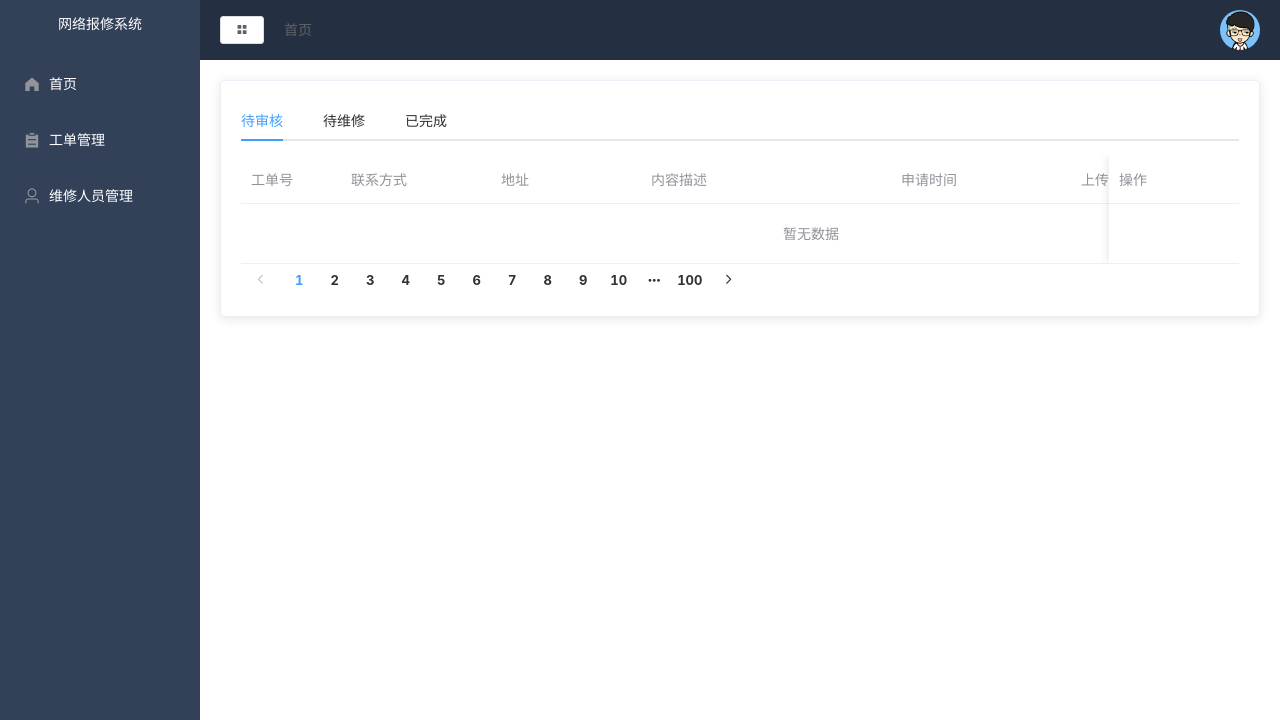
Repository: LtheW/vue
Page: /form
These files come from the project's save history. The page is drawn as it stood at one moment and after the next save; the edit follows.
The browser window is 1280 px wide. The pictures show the whole page.
The page's requests for data from a server got no answer. The project was rebuilt for these pictures with package versions that can differ from the ones it lists, and the page was loaded fresh each time. No one was signed in, and anything a server would have sent is missing. Also part of the build but not shown: vue.config.js, src/components/CommonTag.vue, src/views/Results/Submit.vue, src/views/Maintainer/Add.vue, src/assets/js/login.js, src/views/Login.vue, src/views/Results/Repaired.vue, src/views/Results/Completed.vue.

Above is the page before, as saved 2022-03-31 20:07:04.

### src/main.js
import Vue from 'vue'
import App from './App.vue'
import router from './router'
import store from './store'
//引入element ui
import ElementUI from 'element-ui';
import 'element-ui/lib/theme-chalk/index.css';
import '@/assets/scss/reset.scss' //全局样式
import Axios from 'axios';//后台交互
import Antd from 'ant-design-vue';
import 'ant-design-vue/dist/antd.css';
import 'font-awesome/scss/font-awesome.scss'
Vue.prototype.$http=Axios
//defaults 设置全局默认路径
Axios.defaults.baseURL="/"

Vue.use(ElementUI,Antd);
Vue.config.productionTip = false

new Vue({
  router,
  store,
  render: h => h(App)
}).$mount('#app')

### src/router/index.js
import Vue from 'vue'
import VueRouter from 'vue-router'
import Main from '../views/Main.vue'
import Submit from '../views/Results/Submit.vue'
import Maintainer_Add from '../views/Maintainer/Add.vue'
import Login from '../views/Login.vue'
import Repaired from '../views/Results/Repaired.vue'
import Completed from '../views/Results/Completed.vue'
Vue.use(VueRouter)

const routes = [
  {

    path: '/',
    name: 'Login',
    component: Login
  },
  {
    path: '/main',
    name: 'Main',
    component: Main,
    children: [{
        path: '/',
        name: 'repair',
        component: () => import('../views/Results/Repaired.vue'),
      },
      {
        path: '/form',
        name: 'form',
        component: () => import('@/views/Form/Form')
      },
      {
        path: '/maintainer',
        name: 'Maintainer',
        component: () => import('@/views/Maintainer/Maintainer')
      },
      {
        path: '/submit',
        name: 'submit',
        component: Submit,
      },
      {
        path: '/repaired',
        name: 'repaired',
        component: Repaired,
      },
      {
        path: '/completed',
        name: 'completed',
        component: Completed,
      },

      {
        path: '/maintainer_add',
        name: 'add',
        component: Maintainer_Add,
      },
    ]
  },


]

const router = new VueRouter({
  mode: 'history',
  base: process.env.BASE_URL,
  routes
})

export default router

### src/views/Main.vue
<template>
  <el-container style="height: 100%">
    <el-aside width="auto" height="100%" ><common-aside></common-aside></el-aside>
    <el-container>
      <el-header>
        <common-header></common-header>

      </el-header>
      <el-main><router-view /></el-main>
    </el-container>
  </el-container>
</template>

<script>
import CommonAside from "../components/CommonAside.vue";
import CommonHeader from "../components/CommonHeader.vue";
import CommonTag from "../components/CommonTag.vue";
export default {
  name: "Main",
  components: { CommonAside, CommonHeader, CommonTag },
};
</script>
, CommonTab
<style lang="scss" scoped>
.el-header {
  background: #242F42;
}
.el-main {
  padding-top: 20rpx;
}
</style>

### src/views/Form/Form.vue
<template>
  <el-card>
    <el-tabs v-model="activeName" @tab-click="handleClick">
      <el-tab-pane label="待审核" name="first">
        <el-table :data="tableData" style="width: 100%" max-height="100%">
          <el-table-column
            fixed
            prop="workorderNumber"
            label="工单号"
            width="100"
          >
          </el-table-column>
          <el-table-column
            prop="contactInformation"
            label="联系方式"
            width="150"
          >
          </el-table-column>
          <el-table-column prop="address" label="地址" width="150">
          </el-table-column>
          <el-table-column prop="workorderContent" label="内容描述" width="250">
          </el-table-column>
          <el-table-column prop="initiationTime" label="申请时间" width="180">
          </el-table-column>

          <el-table-column prop="updateTime" label="上传时间" width="180">
          </el-table-column>
          <el-table-column fixed="right" label="操作" width="130">
            <template slot-scope="scope">
              <el-button
                @click="Booking(scope.row)"
                type="primary"
                size="small"
              >
                查看
              </el-button>
            </template>
          </el-table-column>
        </el-table>
        <el-pagination
          :page-size="10"
          :pager-count="11"
          layout="prev, pager, next"
          :total="1000"
        >
        </el-pagination>
      </el-tab-pane>
      <el-tab-pane label="待维修" name="second">
        <el-table :data="tableData1" style="width: 100%" max-height="100%">
          <el-table-column
            fixed
            prop="workorderNumber"
            label="工单号"
            width="100"
          >
          </el-table-column>
          <el-table-column
            prop="contactInformation"
            label="联系方式"
            width="150"
          >
          </el-table-column>
          <el-table-column prop="address" label="地址" width="150">
          </el-table-column>
          <el-table-column prop="workorderContent" label="内容描述" width="250">
          </el-table-column>
          <el-table-column prop="initiationTime" label="申请时间" width="180">
          </el-table-column>

          <el-table-column prop="updateTime" label="上传时间" width="180">
          </el-table-column>
          <el-table-column fixed="right" label="操作" width="130">
            <template slot-scope="scope">
              <el-button
                @click="Booking1(scope.row)"
                type="primary"
                size="small"
              >
                查看
              </el-button>
            </template>
          </el-table-column>
        </el-table>
      </el-tab-pane>

      <el-tab-pane label="已完成" name="third">
        <el-table :data="tableData2" style="width: 100%" max-height="100%">
          <el-table-column
            fixed
            prop="workorderNumber"
            label="工单号"
            width="100"
          >
          </el-table-column>
          <el-table-column
            prop="contactInformation"
            label="联系方式"
            width="150"
          >
          </el-table-column>
          <el-table-column prop="address" label="地址" width="150">
          </el-table-column>
          <el-table-column prop="workorderContent" label="内容描述" width="250">
          </el-table-column>
          <el-table-column prop="initiationTime" label="申请时间" width="180">
          </el-table-column>

          <el-table-column prop="updateTime" label="上传时间" width="180">
          </el-table-column>
          <el-table-column fixed="right" label="操作" width="130">
            <template slot-scope="scope">
              <el-button
                @click="Booking2(scope.row)"
                type="primary"
                size="small"
              >
                查看
              </el-button>
            </template>
          </el-table-column>
        </el-table>
      </el-tab-pane>
    </el-tabs>
  </el-card>
</template>

<script>
export default {
  methods: {
    handleSizeChange(val) {
        console.log('每页' + val + '条');
      },
      handleCurrentChange(val) {
        console.log('当前页:'+val);
      },
    Booking(row) {
      console.log(row.workorderNumber);
      this.$router.push({
        name: "submit",
        params: { workorderNumber: row.workorderNumber },
      });
    },
    Booking1(row) {
      console.log(row.workorderNumber);
      this.$router.push({
        name: "repaired",
        params: { workorderNumber: row.workorderNumber },
      });
    },
    Booking2(row) {
      console.log(row.workorderNumber);
      this.$router.push({
        name: "completed",
        params: { workorderNumber: row.workorderNumber },
      });
    },
    handleClick(tab) {
      console.log(tab._data.index);
      this.load(tab._data.index);
    },
    load(index) {
      if (index == 0) {
        this.$http({
          url: "/api/administer/orderlist",
          method: "get",
          headers: { "X-Requested-With": "XMLHttpRequest" },
        }).then((res) => {
          console.log("数据接收");
          this.tableData = res.data.data;

          console.log(res);
        });
      }
      if (index == 1) {
        this.$http({
          url: "/api/administer/orderlist2",
          method: "get",
          headers: { "X-Requested-With": "XMLHttpRequest" },
        }).then((res) => {
          console.log("数据接收");
          this.tableData1 = res.data.data;

          console.log(res);
        });
      }
      if (index == 2) {
        this.$http({
          url: "/api/administer/orderlist3",
          method: "get",
          headers: { "X-Requested-With": "XMLHttpRequest" },
        }).then((res) => {
          console.log("数据接收");
          this.tableData2 = res.data.data;

          console.log(res);
        });
      }
    },
  },
  data() {
    return {
      totalCount:0,
      tableData: [],
      tableData1: [],
      tableData2: [],
      state: ["待维修", "维修中", "维修完成"],
      activeName: "first",
    };
  },
  created() {
    this.load(0);
  },
};
</script>

### src/store/tab.js
export default{
    state:{
        isCollapse: false
    },
    mutations:{
        collapseMenu(state){
            state.isCollapse=!state.isCollapse
        }
    }
}

### src/components/CommonAside.vue
<template>
  <el-menu
    class="el-menu-vertical-demo"
    :collapse="isCollapse"
    background-color="#324157"
    text-color="#fff"
    active-text-color="#ffd04b"
  >
    <h3 v-show="!isCollapse">网络报修系统</h3>
    <h3 v-show="isCollapse">后台</h3>
    <el-menu-item
      :index="item.path"
      v-for="item in noChildren"
      :key="item.path"
      @click="clickMenu(item)"
    >
      <i :class="'el-icon-' + item.icon"></i>
      <span slot="title">{{ item.label }}</span>
    </el-menu-item>
    <el-submenu :index="item.label" v-for="item in hasChildren" :key="item.path">
      <template slot="title">
        <i :class="'el-icon-' + item.icon"></i>
        <span slot="title">{{ item.label }}</span>
      </template>
      <el-menu-item-group>
        <el-menu-item
          :index="subItem.path"
          v-for="(subItem, subIndex) in item.children"
          :key="subIndex"
          @click="clickMenu(item)"
        >
          <i :class="'el-icon-' + subItem.icon"></i>
          <span slot="title">{{ subItem.label }}</span>
        </el-menu-item>
      </el-menu-item-group>
    </el-submenu>
  </el-menu>
</template>

<script>
export default {
  data() {
    return {
      menu: [
        {
          path: "/",
          name: "repair",
          label: "首页",
          icon: "s-home",
          url: "Result/Repaired",
        },
        {
          path: "/form",
          name: "form",
          label: "工单管理",
          icon: "s-order",
          url: "Form/Form",
        },
        {
          path: "/home",
          name: "Maintainer",
          label: "维修人员管理",
          icon: "user",
          url: "Home/Home",
        },
      ],
    };
  },
  methods: {
    // handleOpen(key, keyPath) {
    //   console.log(key, keyPath);
    // },
    // handleClose(key, keyPath) {
    //   console.log(key, keyPath);
    // },
    clickMenu(item) {
      this.$router.push({ name: item.name });
      this.$store.commit("selectMenu", item);
    },
  },
  computed: {
    noChildren() {
      return this.menu.filter((item) => !item.children);
    },
    hasChildren() {
      return this.menu.filter((item) => item.children);
    },
    isCollapse() {
      return this.$store.state.tab.isCollapse;
    },
  },
};
</script>

<style lang="scss" scoped>
.el-menu {
  height: 100%;
  border: none;
  h3 {
    color: #ffffff;
    text-align: center;
    line-height: 48px;
  }
}
.el-menu-vertical-demo:not(.el-menu--collapse) {
  width: 200px;
  min-height: 100vh;
}
</style>

### src/components/CommonHeader.vue
<template>
  <header>
    <div class="l-content">
      <el-button plain icon="el-icon-menu" size="mini" @click="handleMenu"></el-button>
      <el-breadcrumb>
        <el-breadcrumb-item :to="{ path: '/' }">首页</el-breadcrumb-item>
        <el-breadcrumb-item :to="current.path" v-if="current">{{
          current.label
        }}</el-breadcrumb-item>
      </el-breadcrumb>
    </div>
    <div class="r-content">
      <el-dropdown trigger="click" size="mini">
        <span class="el-dropdown-link">
          <img :src="userImg" class="user" />
        </span>
        <el-dropdown-menu slot="dropdown">
          <el-dropdown-item>个人中心</el-dropdown-item>
          <el-dropdown-item @click.native="logOut">退出</el-dropdown-item>
        </el-dropdown-menu>
      </el-dropdown>
    </div>
  </header>
</template>

<script>
import { mapState } from "vuex";
export default {
  data() {
    return {
      userImg: require("../assets/images/user.png"),
    };
  },
  methods: {
    handleMenu() {
      this.$store.commit("collapseMenu");
    },
    logOut() {
      this.$store.commit("clearToken");
      this.$store.commit("clearMenu");
      // location.reload();
      this.$router.push("/login");
    },
  },
  computed: {
    ...mapState({
      current: (state) => state.tab.currentMenu,
    }),
  },
};
</script>

<style lang="scss" scoped>
header {
  display: flex;
  height: 100%;
  align-items: center;
  justify-content: space-between;
}

.l-content {
  display: flex;
  align-items: center;
  .el-button {
    margin-right: 20px;
  }
}

.r-content {
  .user {
    width: 40px;
    height: 40px;
    border-radius: 50%;
  }
}
</style>

<style lang="scss">
.el-breadcrumb__item {
  .el-breadcrumb__inner {
    color: #666;
    font-weight: normal;
  }
  &:last-child {
    .el-breadcrumb__inner {
      color: white;
    }
  }
}
</style>

### src/assets/css/text.css
@font-face {
    font-family: "Roboto";
    src: url('../font/Roboto-Light.ttf');
    font-weight: normal;
    font-style: normal;
}

Loaded but not shown: public/index.html (common file); src/App.vue (common file); src/store/index.js (common file); src/assets/scss/reset.scss (common file)

After the next save:
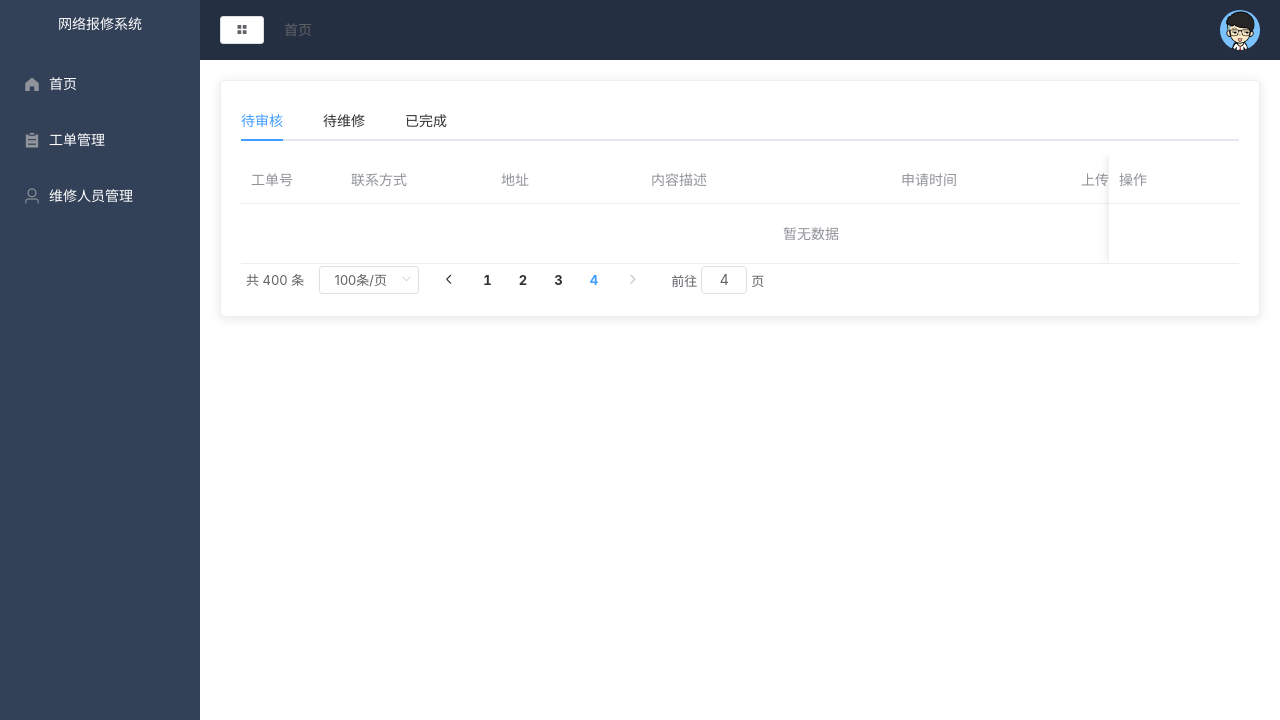
Saved 69 s later.
--- a/src/views/Form/Form.vue
+++ b/src/views/Form/Form.vue
@@ -38,10 +38,13 @@
           </el-table-column>
         </el-table>
         <el-pagination
-          :page-size="10"
-          :pager-count="11"
-          layout="prev, pager, next"
-          :total="1000"
+          @size-change="handleSizeChange"
+          @current-change="handleCurrentChange"
+          :current-page="currentPage"
+          :page-sizes="[100, 200, 300, 400]"
+          :page-size="100"
+          layout="total, sizes, prev, pager, next, jumper"
+          :total="400"
         >
         </el-pagination>
       </el-tab-pane>
@@ -128,11 +131,11 @@
 export default {
   methods: {
     handleSizeChange(val) {
-        console.log('每页' + val + '条');
-      },
-      handleCurrentChange(val) {
-        console.log('当前页:'+val);
-      },
+      console.log("每页" + val + "条");
+    },
+    handleCurrentChange(val) {
+      console.log("当前页:" + val);
+    },
     Booking(row) {
       console.log(row.workorderNumber);
       this.$router.push({
@@ -199,12 +202,14 @@ export default {
   },
   data() {
     return {
-      totalCount:0,
+      totalCount: 0,
       tableData: [],
       tableData1: [],
       tableData2: [],
       state: ["待维修", "维修中", "维修完成"],
       activeName: "first",
+      total: "0",
+      currentPage: 4,
     };
   },
   created() {
